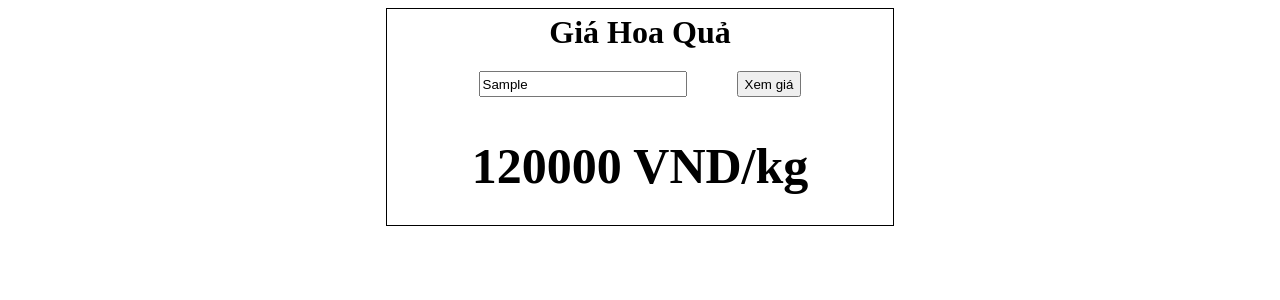
Repository: tungts3qb/BTCodeGym
Page: giahoaqua.html
An editor plug-in stored every save of this project. The page is shown before and after the next save, followed by the edit.
The browser window is 1280 px wide. The pictures show the whole page.
Empty fields were first filled with sample values (such as "Sample", 5 or name@example.com).
After loading, the first visible `button.check-price` was clicked once.

Above is the page before, as saved 2023-01-04 11:52:28.

### giahoaqua.html
<!DOCTYPE html>
<html lang="en">
  <head>
    <meta charset="UTF-8" />
    <meta http-equiv="X-UA-Compatible" content="IE=edge" />
    <meta name="viewport" content="width=device-width, initial-scale=1.0" />
    <title>Document</title>
  </head>
  <body>
    <style>
      .check-fruit-form {
        border: solid 1px black;
        max-width: 40%;
        margin: 0 auto;
        display: flex;
        flex-direction: column;
        justify-content: center;
        align-items: center;
      }

      h1 {
        margin: 0;
        margin-top: 5px;
        margin-bottom: 20px;
      }
      .input-box {
        margin-bottom: 10px;
      }
      #price {
        width: 200px;
        height: 20px;
      }
      .input-box {
        display: flex;
        flex-direction: row;
        justify-content: space-between;
        gap: 50px;
      }
      span {
        font-weight: bold;
        font-size: 50px;
      }
      .result {
        margin-top: 30px;
        margin-bottom: 30px;
      }
    </style>
    <div class="check-fruit-form">
      <h1>Giá Hoa Quả</h1>
      <div class="input-box">
        <input type="text" name="" id="price" />
        <button class="check-price">Xem giá</button>
      </div>
      <div class="result">
        <span><span class="result-price">120000</span> VND/kg</span>
      </div>
    </div>
    <script>
      let input = document.getElementById("price");
      let button = document.querySelector(".check-price");
      let resultPrice = document.querySelector(".result-price");
      button.addEventListener("click", function () {
        let text = input.value.toLowerCase();
        console.log(text);
        switch (text) {
          case "ổi":
            break;
          case "dưa hấu":
            break;
          case "táo":
            break;
          case "xoài":
            break;
          case "cam":
            break;
          case "chôm chôm":
            break;
          case "măng cụt":
            break;
          default:
            alert("Giá quả không có");
            break;
        }
      });
    </script>
  </body>
</html>

After the next save:
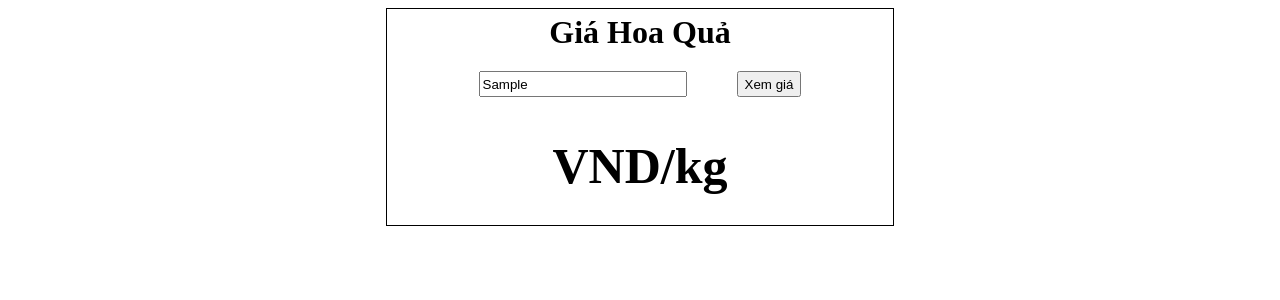
Saved 13 s later.
--- a/giahoaqua.html
+++ b/giahoaqua.html
@@ -60,6 +60,7 @@
       let button = document.querySelector(".check-price");
       let resultPrice = document.querySelector(".result-price");
       button.addEventListener("click", function () {
+        resultPrice.innerHTML = "";
         let text = input.value.toLowerCase();
         console.log(text);
         switch (text) {
